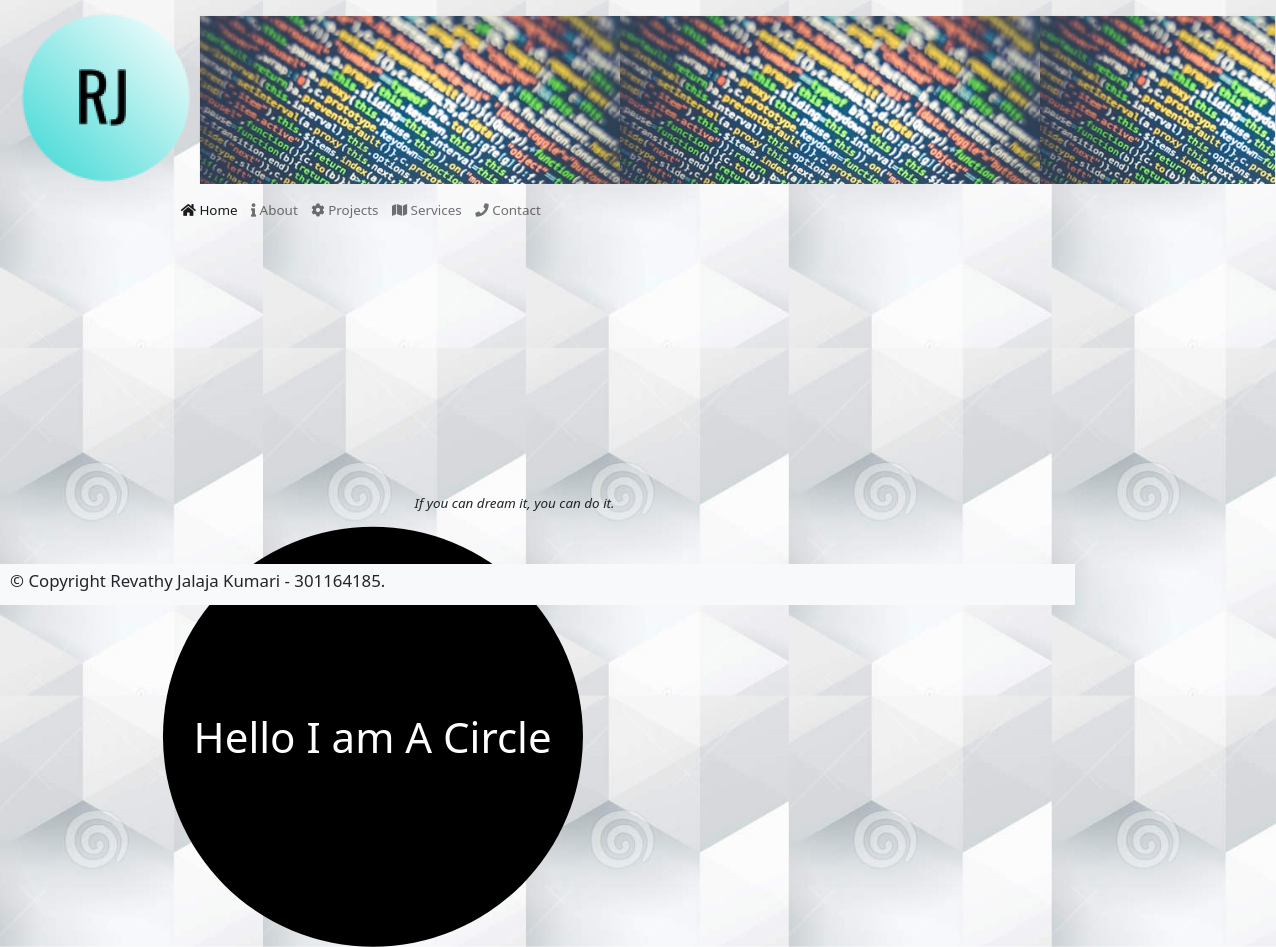
Repository: RevathyJK/Portfolio
Page: http://localhost/
These files come from the project's save history. The page is drawn as it stood at one moment and after the next save; the edit follows.
The browser window is 1280 px wide. The page is 1519 px wide, so the pictures cover 1519 px, including what lies to the right of the window. The pictures show the whole page, at 84% of full size.
Backgrounds fixed to the window are drawn as part of the page. The page is served by the project's Node server (server.js). Other server files are loaded and not shown.

Above is the page before, as saved 2021-10-01 18:09:59.

### Server/Views/index.ejs
<!DOCTYPE html>
<html lang="en">
<head>
    <meta charset="UTF-8">
    <meta http-equiv="X-UA-Compatible" content="IE=edge">
    <meta name="viewport" content="width=device-width, initial-scale=1.0">
    <title><%= title %></title>
    <!-- CSS Section -->
    <link rel="stylesheet" href="./Content/app.css">
    <link rel="stylesheet" href="./bootstrap/dist/css/bootstrap.min.css">
    <link rel="stylesheet" href="./@fortawesome/fontawesome-free/css/all.min.css">
</head>
<body>
    <!-- Main Navigation Section -->
    <header>
      <%- include('components/header.ejs'); %>
    </header>


    <!-- Content Section -->
    <main>
      <div class="container">
        <%- include('content/' + page + '.ejs'); %>
      </div>
    </main>

    <footer>
    <%- include('components/footer.ejs'); %>
    </footer>

    <!-- JavaScript Section -->
    <script src="./jquery/dist/jquery.min.js"></script>
    <script src="./bootstrap/dist/js/bootstrap.min.js"></script>
    <script src="./@fortawesome/fontawesome-free/js/all.min.js"></script>

    <script src="./Scripts/app.js"></script>
</body>
</html>

### Server/Views/components/header.ejs

<table>
<tr>
  <td class="over"><img src="logo.png"></td>
  <td><div  class="header-img"></div></td>
</tr>
</table>


<div id="allPage">

<nav class="navbar navbar-expand-lg navbar-light navcustom">
  <div class="container-fluid">
    <a class="navbar-brand"></a>
    <button class="navbar-toggler" type="button" data-bs-toggle="collapse" data-bs-target="#navbarSupportedContent" aria-controls="navbarSupportedContent" aria-expanded="false" aria-label="Toggle navigation">
      <span class="navbar-toggler-icon"></span>
    </button>
    <div class="collapse navbar-collapse" id="navbarSupportedContent" >
      <ul class="navbar-nav ms-auto mb-2 mb-lg-0">
        <li class="nav-item">
          <a class="nav-link active" href="/home"><i class="fas fa-home"></i> Home</a>
        </li>
        <li class="nav-item">
          <a class="nav-link" href="/about"><i class="fas fa-info"></i> About</a>
        </li>
        <li class="nav-item">
          <a class="nav-link" href="/projects"><i class="fas fa-cog"></i> Projects</a>
        </li>
        <li class="nav-item">
          <a class="nav-link" href="/services"><i class="fas fa-map"></i> Services</a>
        </li>

        <li class="nav-item">
          <a class="nav-link" href="/contact"><i class="fas fa-phone"></i> Contact</a>
        </li>
      </ul>
    </div>
  </div>
</nav>
<br>

</div>

### Server/Views/content/home.ejs
<div id ="allPage">


<div class="container">
     <!--   <h1><em><%= title %></em></h1> -->

</div>



<div class="homealign">
        <blockquote>
		<i>If you can dream it, you can do it.</i>
        </blockquote>
</div>

<div class="circle">Hello I am A Circle</div>

</div>

### Server/Views/components/footer.ejs
<div id ="allPage">
<nav class="navbar fixed-bottom navbar-light bg-light">
    <div class="container-fluid">
        <h5>&copy; Copyright Revathy Jalaja Kumari - 301164185.</h5>
    </div>
</nav>
</div>

### server.js
#!/usr/bin/env node
"use strict";
/**
 * Module dependencies.
 */
var __importDefault = (this && this.__importDefault) || function (mod) {
    return (mod && mod.__esModule) ? mod : { "default": mod };
};
Object.defineProperty(exports, "__esModule", { value: true });
const app_1 = __importDefault(require("./Server/Config/app"));
const debug_1 = __importDefault(require("debug"));
(0, debug_1.default)('comp229-f2021-lesson4:server');
const http_1 = __importDefault(require("http"));
/**
 * Get port from environment and store in Express.
 */
let port = normalizePort(process.env.PORT || '3000');
app_1.default.set('port', port);
/**
 * Create HTTP server.
 */
let server = http_1.default.createServer(app_1.default);
/**
 * Listen on provided port, on all network interfaces.
 */
server.listen(port);
server.on('error', onError);
server.on('listening', onListening);
/**
 * Normalize a port into a number, string, or false.
 */
function normalizePort(val) {
    let port = parseInt(val, 10);
    if (isNaN(port)) {
        // named pipe
        return val;
    }
    if (port >= 0) {
        // port number
        return port;
    }
    return false;
}
/**
 * Event listener for HTTP server "error" event.
 */
function onError(error) {
    if (error.syscall !== 'listen') {
        throw error;
    }
    let bind = typeof port === 'string'
        ? 'Pipe ' + port
        : 'Port ' + port;
    // handle specific listen errors with friendly messages
    switch (error.code) {
        case 'EACCES':
            console.error(bind + ' requires elevated privileges');
            process.exit(1);
            break;
        case 'EADDRINUSE':
            console.error(bind + ' is already in use');
            process.exit(1);
            break;
        default:
            throw error;
    }
}
/**
 * Event listener for HTTP server "listening" event.
 */
function onListening() {
    let addr = server.address();
    let bind = typeof addr === 'string'
        ? 'pipe ' + addr
        : 'port ' + addr.port;
    (0, debug_1.default)('Listening on ' + bind);
}
//# sourceMappingURL=server.js.map

### Server/Routes/index.js
"use strict";
var __importDefault = (this && this.__importDefault) || function (mod) {
    return (mod && mod.__esModule) ? mod : { "default": mod };
};
Object.defineProperty(exports, "__esModule", { value: true });
const express_1 = __importDefault(require("express"));
const router = express_1.default.Router();
exports.default = router;

/* GET home page. */
router.get('/', function (req, res, next) {
    res.render('index', { title: 'Home', page: 'home' });
});
/* GET home page. */
router.get('/home', function (req, res, next) {
    res.render('index', { title: 'Home', page: 'home' });
});
/* GET about page. */
router.get('/about', function (req, res, next) {
    res.render('index', { title: 'Revathy Jalaja Kumari', page: 'about' });
});
/* GET projects page. */
router.get('/projects', function (req, res, next) {
    res.render('index', { title: 'Projects', page: 'projects' });
});
/* GET services page. */
router.get('/services', function (req, res, next) {
    res.render('index', { title: 'Services', page: 'services' });
});
/* GET contact page. */
router.get('/contact', function (req, res, next) {
    res.render('index', { title: 'Contact Me', page: 'contact' });
});



//module.exports = router;
//# sourceMappingURL=index.js.map

### Client/Content/app.css
#allPage {
	width: 80%;
      margin: auto;
      max-width: 1200px;
      display: grid;
	/*grid-template-columns: 150px auto auto;
	grid-template-rows: auto auto auto ; */
}

body{
    background-image: url("homepage.jpg");
}



nav ul {
    display: flex;
    flex-direction: column;
    flex-wrap: nowrap;
    color: #FFFFFF;
    position: absolute;
}



.navcustom{

    width: 90%;
      margin: auto;
      max-width: 1200px;
      color: #FFFFFF;
}

img {
    padding-left: 1px;
    padding-right: 10px;
    padding-top: 15px;
    padding-bottom: 20px;;
}

.over{

    padding-left: 25px;
}

.header-img {

    height: 200px;
    width:1280px;
    background: url("banner.jpg") repeat ;
    background-attachment: fixed;
    background-size: auto;


  }
  ul{
      list-style: none;
  }

  #img_listing {
	margin: 10px;
	float: right;
	padding-left: 5px;
}

/* unvisited link */
nav a:link {
    color: red;
  }

  /* visited link */
 nav a:visited {
    color: green;
  }

  /* mouse over link */
 nav a:hover {
    color: hotpink;
  }

  /* selected link */
 nav a:active {
    color: blue;
  }

  .homealign{
      padding-left: 300px;
      padding-top: 300px;

  }


  .circle {
    width: 500px;
    height: 500px;
    line-height: 500px;
    border-radius: 50%;
    font-size: 50px;
    color: #fff;
    text-align: center;
    background: #000
  }

### Client/Scripts/app.js
"use strict";
/* custom js goes here */
// IIFE - Immediately Invoked Function Expression (AKA an anonymous self-executing function)
(function () {
    function Start() {
        console.log("App Started...");
    }
    window.addEventListener("load", Start);
})();
//# sourceMappingURL=app.js.map

After the next save:
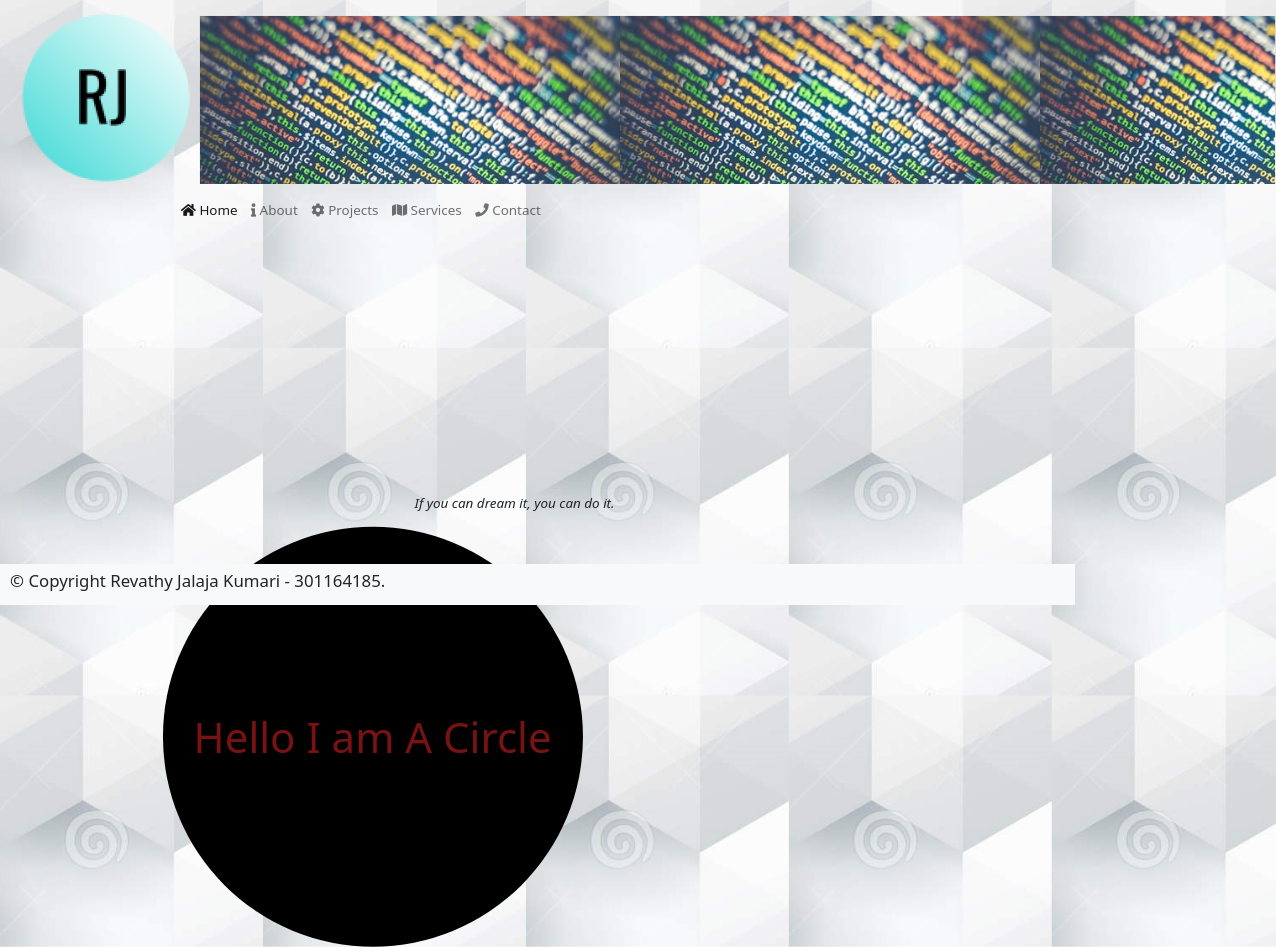
Saved 10 s later.
--- a/Client/Content/app.css
+++ b/Client/Content/app.css
@@ -96,7 +96,7 @@
     line-height: 500px;
     border-radius: 50%;
     font-size: 50px;
-    color: #fff;
+    color: rgb(121, 19, 19);
     text-align: center;
     background: #000
   }
